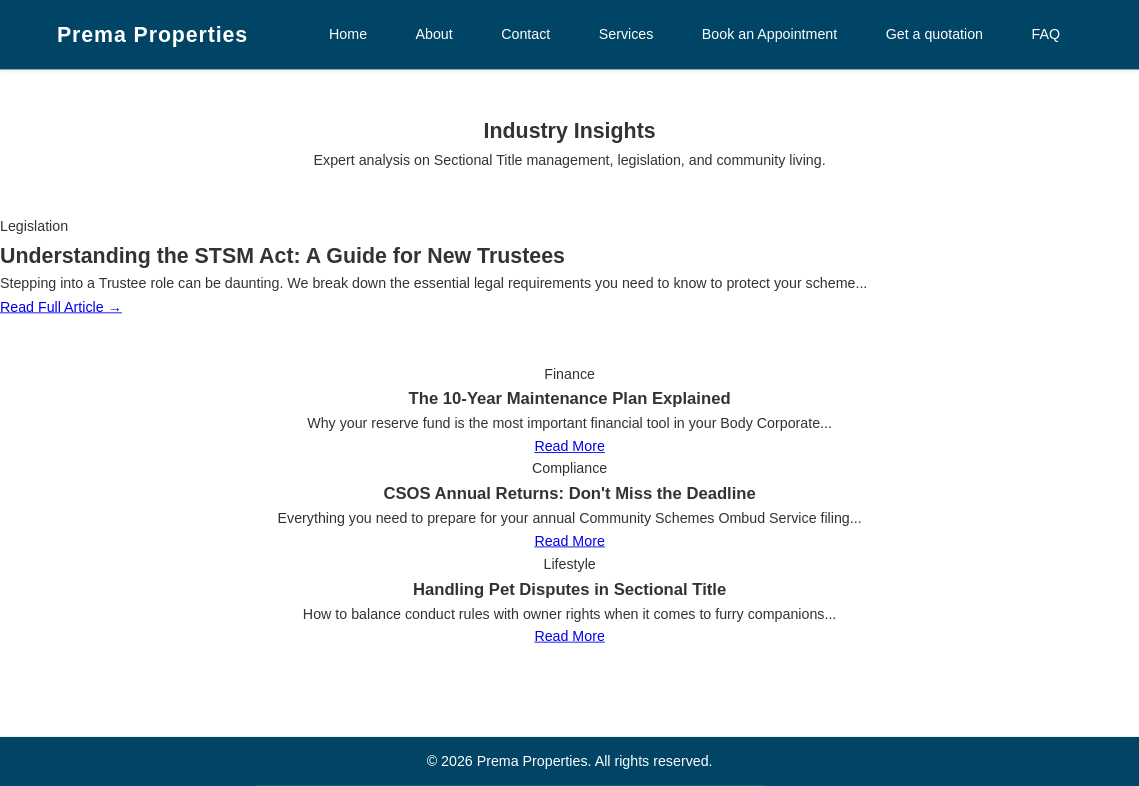
Repository: mnqobiMenzi/Prema-Properties
Page: articles.html
The author's editor kept a copy of each file at every save. The page is drawn from the files as they stood at one save, then again after the next save.
The browser window is 1280 px wide. The pictures show the whole page, at 89% of full size.

Above is the page before, as saved 2026-02-08 10:25:16.

### articles.html
<!DOCTYPE html>
<html lang="en">
<head>
  <meta charset="UTF-8">
  <meta name="viewport" content="width=device-width, initial-scale=1.0">
  <title>Prema Properties</title>
  <link rel="stylesheet" href="CSS/style.css">
</head>
<body>

  <!-- Header / Navigation -->
  <header>
    <div class="logo">Prema Properties</div>
    <nav>
      <a href="index.html">Home</a>
      <a href="about-us.html">About</a>
      <a href="contact-us.html">Contact</a>
      <a href="services.html">Services</a>
      <a href="appointment.html">Book an Appointment</a>
      <a href="quote.html">Get a quotation</a>
      <a href="FAQ.html">FAQ</a>
    </nav>
  </header>

  <main class="container reveal">
    <section class="articles-header">
      <h1>Industry Insights</h1>
      <p>Expert analysis on Sectional Title management, legislation, and community living.</p>
    </section>

    <article class="featured-post">
      <div class="post-content">
        <span class="category-tag">Legislation</span>
        <h2>Understanding the STSM Act: A Guide for New Trustees</h2>
        <p>Stepping into a Trustee role can be daunting. We break down the essential legal requirements you need to know to protect your scheme...</p>
        <a href="article-single.html" class="read-more">Read Full Article →</a>
      </div>
    </article>

    <section class="articles-grid">
      <div class="post-card">
        <span class="category-tag">Finance</span>
        <h3>The 10-Year Maintenance Plan Explained</h3>
        <p>Why your reserve fund is the most important financial tool in your Body Corporate...</p>
        <a href="#">Read More</a>
      </div>

      <div class="post-card">
        <span class="category-tag">Compliance</span>
        <h3>CSOS Annual Returns: Don't Miss the Deadline</h3>
        <p>Everything you need to prepare for your annual Community Schemes Ombud Service filing...</p>
        <a href="#">Read More</a>
      </div>

      <div class="post-card">
        <span class="category-tag">Lifestyle</span>
        <h3>Handling Pet Disputes in Sectional Title</h3>
        <p>How to balance conduct rules with owner rights when it comes to furry companions...</p>
        <a href="#">Read More</a>
      </div>
    </section>
  </main>

  <footer>
    <p>© 2026 Prema Properties. All rights reserved.</p>
  </footer>

</body>
</html>

### CSS/style.css
* {
  margin: 0;
  padding: 0;
  box-sizing: border-box;
  font-family: Arial, sans-serif;
}

.my-custom-icon {
    font-size: 24px;
    color: #0c4a6e;
}
body {
  line-height: 1.6;
  color: #333;
}

/* Header */
header {
  position: sticky;
  top: 0;
  display: flex;
  justify-content: space-between;
  align-items: center;
  padding: 15px 30px;
  background: #004466;
  color: #fff;
  z-index: 1000;
}
header .logo {
  font-size: 1.5em;
  font-weight: 700;
  font-family: 'Poppins', sans-serif;
  color: #fff;
  letter-spacing: 1px;
  display: flex;
  align-items: center;
}
header nav a {
  margin: 0 10px;
  color: #fff;
  padding: 8px 15px;
  border-radius: 5px;
  text-decoration: none;
  font-weight: 500;
  font-family: 'Poppins', sans-serif;
  transition: color 0.3s ease, border-bottom 0.3s ease;
}

header nav a:hover {
  color: #fff;
  background: rgba(128, 128, 128, 0.3);
  padding-bottom: 3px;
}
/* Active link */
header nav a.active {
  background: rgba(128, 128, 128, 0.3);
  font-weight: bold;
  color: rgb(223, 223, 71);
}
/* Hero */
.hero {
  background-image: url('C:/Users/21311/OneDrive/Desktop/Prema Properties/images/Sectional-Title-Disputes.jpg');
  background-repeat: no-repeat;
  background-size: cover;
  height: 120vh;
  width: 100%;
  background-color: #3f607d;
  color: white;
  text-align: center;
  padding: 85mm 20px;
  position: relative;
}
/* Optional: overlay for better text readability */
.hero::before {
  content: "";
  position: absolute;
  top: 0;
  left: 0;
  width: 100%;
  height: 100%;
  background: rgba(0,0,0,0.4); /* dark overlay */
  z-index: 1;
}

.hero h1, .hero p, .hero .btn {
  position: relative;
  z-index: 2; /* ensure text is above overlay */
}

.hero h1 {
  font-size: 2.5em;
}
.hero .btn {
  display: inline-block;
  margin-top: 20px;
  padding: 10px 20px;
  background: rgb(223, 223, 71);
  color: black;
  border-radius: 5px;
  text-decoration: none;
}

/* Custom color for the "Get in Touch" button */
#contact {
    /* Use a contrasting color for the primary CTA */
    /*background: #f7b731; /* A distinct gold/yellow color */
    color: #1a1a1a;      /* Ensure text is dark and readable */
}

/* Custom color for the "Get a Quote" button */
#quote {
    /* Use your brand's dark blue/teal color */
    background: #0c4a6e; /* A deep blue color */
    color: white;        /* White text for contrast */
}

.hero .btn {
  display: inline-block;
  margin-top: 20px;
  padding: 10px 20px;
  background: rgb(223, 223, 71);
  color: black;
  border-radius: 5px;
  text-decoration: none;
}

/* Optional: Custom hover effect for the 'Get a Quote' button */
#quote:hover {
    background:  rgba(128, 128, 128, 0.3); /* Darken the blue slightly on hover */
}
/* Sections */
section {
  padding: 50px 20px;
  text-align: center;
}

.services{
  background-color: rgba(219, 214, 214, 0.3);
}
.services .service-list{
    display: grid;
    justify-content: center;
    grid-template-columns: repeat(auto-fit, minmax(200px, 1fr));
    gap: 20px;
    margin-top: 20px;
}

.service {
  background-color: rgba(128, 128, 128, 0.3);
  padding: 10px 10px;
  border-radius: 10px;
  height: 100%;
  width: 100%;
  text-align: center;
}

.service .service-description{
  text-align: left;
}
/* Target the parent section */
.about {
    display: flex;
    justify-content: space-around;
    align-items: flex-start;
    padding: 40px 60px;
    margin-top: 10px;
}

.about article:first-child {
    width: 25%;
    text-align: left;
}

.about article:last-child {
    width: 65%;
    text-align: left;
}

.about-article h2{
  font-weight: bolder;
  font-size: 2.2rem;
}

section article p{
  padding-bottom: 10mm;
}

section article a{
  text-decoration: none;
  color: #352812;
  font-weight: bolder;
  font-size: 1.8rem;
}

/* Contact */
.contact form {
  display: flex;
  flex-direction: column;
  max-width: 400px;
  margin: auto;
}

.contact input, .contact textarea {
  margin-bottom: 15px;
  padding: 10px;
  border: 1px solid #ddd;
  border-radius: 5px;
}

.contact button {
  padding: 10px;
  border: none;
  background: #004466;
  color: white;
  cursor: pointer;
  border-radius: 5px;
}


.choose-content {
  display: flex;              /* Makes text + image side by side */
  align-items: center;        /* Aligns them vertically */
  justify-content: space-between;
  gap: 20px;                  /* Space between text and image */
}

.choose-text {
  flex: 1;                    /* Take available space */
  max-width: 50%;             /* Text side only half width */
}

.choose-text h3 {
  font-size: 1.5rem;
  margin-bottom: 15px;
  color: #333;
}

.choose-text p {
  line-height: 1.6;
  color: #555;
  text-align
}

.choose-image {
  flex: 1;
  max-width: 50%;             /* Image takes half width */
}

.choose-image img {
  width: 100%;
  height: auto;
  border-radius: 10px;        /* Rounded corners for style */
  box-shadow: 0 4px 10px rgba(0,0,0,0.1); /* Subtle shadow */
}
.contact button:hover {
  background: #00334d;
}



/*About Page*/
/* Color Palette */
:root {
  --primary: #1a365d; /* Professional Navy */
  --secondary: #c05621; /* Earthy accent for trust */
  --light-bg: #f7fafc;
  --text-dark: #2d3748;
}

/* Header/Nav Updates */
header {
  display: flex;
  justify-content: space-between;
  align-items: center;
  padding: 20px 5%;
  /* background: white; */
  box-shadow: 0 2px 5px rgba(0,0,0,0.1);
}

nav a {
  margin-left: 20px;
  text-decoration: none;
  color: var(--text-dark);
  font-weight: 500;
}

nav a.active { color: var(--secondary); border-bottom: 2px solid var(--secondary); }

/* About Page Layout */
.about-container {
  padding: 60px 5%;
  color: var(--text-dark);
}

.about-hero {
  text-align: center;
  padding-bottom: 50px;
}

.about-hero h1 { font-size: 2.5rem; color: var(--primary); }

.lead { font-size: 1.2rem; color: #718096; max-width: 700px; margin: 10px auto; }

/* Values Grid */
.values-grid {
  display: grid;
  grid-template-columns: repeat(auto-fit, minmax(280px, 1fr));
  gap: 30px;
  margin-top: 50px;
}

.value-item {
  background: white;
  padding: 40px;
  border-radius: 12px;
  border-bottom: 4px solid var(--primary);
  box-shadow: 0 10px 15px -3px rgba(0,0,0,0.1);
  text-align: center;
}

.value-item .icon { font-size: 2.5rem; display: block; margin-bottom: 15px; }

.value-item h3 { color: var(--primary); margin-bottom: 10px; }

/* --- Director Section --- */

.director-section {
  padding: 80px 5%;
  background-color: #ffffff; /* Contrast against the light-bg used elsewhere */
}

.director-container {
  display: flex;
  align-items: center;
  justify-content: center;
  gap: 60px;
  max-width: 1100px;
  margin: 0 auto;
}

.director-image {
  flex: 1;
  max-width: 400px;
}

.director-image img {
  width: 100%;
  height: auto;
  border-radius: 8px;
  /* Using your primary color for a sophisticated shadow effect */
  box-shadow: 20px 20px 0px var(--light-bg), 21px 21px 0px var(--primary);
}

.director-info {
  flex: 1.5;
}

.director-info .label {
  color: var(--secondary);
  text-transform: uppercase;
  font-weight: 700;
  font-size: 0.85rem;
  letter-spacing: 1.5px;
  display: block;
  margin-bottom: 10px;
}

.director-info h2 {
  font-size: 2.5rem;
  color: var(--primary);
  margin: 0 0 5px 0;
}

.credentials {
  font-size: 1.1rem;
  color: #4a5568;
  font-weight: 600;
  margin-bottom: 20px;
}

.director-info p {
  margin-bottom: 15px;
  line-height: 1.8;
  color: var(--text-dark);
}

.director-social {
  margin-top: 25px;
}

.linkedin-link {
  display: inline-flex;
  align-items: center;
  color: var(--primary);
  text-decoration: none;
  font-weight: bold;
  transition: color 0.3s ease;
}

.linkedin-link:hover {
  color: var(--secondary);
}

/* --- Responsive Adjustments --- */

@media (max-width: 992px) {
  .director-container {
    flex-direction: column;
    text-align: center;
    gap: 40px;
  }

  .director-image img {
    box-shadow: 15px 15px 0px var(--light-bg); /* Simplified for mobile */
  }

  .linkedin-link {
    justify-content: center;
  }
}

/* Contact Page Layout */
.contact-page {
  padding: 100px 5%;
}

.contact-wrapper {
  display: grid;
  grid-template-columns: 1fr 1.2fr;
  gap: 80px;
  background: var(--white);
  border-radius: 15px;
}

.contact-info h2 {
  font-size: 2.5rem;
  color: var(--primary);
  margin-bottom: 20px;
}

.info-details {
  margin-top: 40px;
}

.info-item {
  margin-bottom: 25px;
}

.info-item strong {
  display: block;
  color: var(--secondary);
  font-size: 0.9rem;
  text-transform: uppercase;
  margin-bottom: 5px;
}

/* Form Styling */
.contact-form-container {
  background: var(--light-bg);
  padding: 40px;
  border-radius: 12px;
  box-shadow: 0 10px 30px rgba(0,0,0,0.05);
}

.form-group {
  margin-bottom: 20px;
}

input, select, textarea {
  width: 100%;
  padding: 15px;
  border: 1px solid #dddddd;
  border-radius: 5px;
  font-family: inherit;
  font-size: 1rem;
  transition: var(--transition);
}

input:focus, select:focus, textarea:focus {
  outline: none;
  border-color: var(--primary);
  box-shadow: 0 0 0 3px rgba(26, 54, 93, 0.1);
}

.submit-btn {
  width: 100%;
  background: var(--primary);
  color: white;
  padding: 15px;
  border: none;
  border-radius: 5px;
  font-weight: 700;
  text-transform: uppercase;
  cursor: pointer;
  transition: var(--transition);
}

.submit-btn:hover {
  background: var(--secondary);
  transform: translateY(-2px);
}

/* Mobile Responsive */
@media (max-width: 992px) {
  .contact-wrapper {
    grid-template-columns: 1fr;
    gap: 50px;
  }
}

/* Services Page Layout */
.services-page {
  padding: 80px 5%;
}

.services-intro {
  text-align: center;
  margin-bottom: 60px;
}

.services-intro h2 {
  font-size: 2.5rem;
  color: var(--primary);
  margin-top: 10px;
}

/* Service Grid */
.service-grid {
  display: grid;
  grid-template-columns: repeat(auto-fit, minmax(280px, 1fr));
  gap: 30px;
}

.service-card {
  background: var(--white);
  padding: 40px;
  border-radius: 12px;
  border: 1px solid #e2e8f0;
  transition: var(--transition);
  display: flex;
  flex-direction: column;
}

.service-card:hover {
  transform: translateY(-10px);
  border-color: var(--secondary);
  box-shadow: 0 20px 25px -5px rgba(0, 0, 0, 0.1);
}

.service-icon {
  font-size: 2.5rem;
  margin-bottom: 20px;
}

.service-card h3 {
  color: var(--primary);
  margin-bottom: 15px;
  font-size: 1.4rem;
}

.service-card p {
  color: #4a5568;
  font-size: 0.95rem;
  margin-bottom: 20px;
  flex-grow: 1;
}

.service-features {
  list-style: none;
  padding: 0;
  border-top: 1px solid #edf2f7;
  padding-top: 15px;
}

.service-features li {
  font-size: 0.85rem;
  color: var(--text-dark);
  margin-bottom: 8px;
  font-weight: 600;
  display: flex;
  align-items: center;
}

.service-features li::before {
  content: "✓";
  color: var(--secondary);
  margin-right: 10px;
  font-weight: bold;
}

/* Appointment Specifics */
.appointment-grid {
  display: grid;
  grid-template-columns: 1fr 1.5fr;
  gap: 60px;
  padding: 80px 0;
}

.appointment-info h2 {
  font-size: 2.8rem;
  color: var(--primary);
  margin-bottom: 20px;
}

.meeting-types {
  margin-top: 30px;
}

.m-type {
  padding: 15px;
  background: var(--light-bg);
  border-left: 4px solid var(--secondary);
  margin-bottom: 15px;
  border-radius: 0 8px 8px 0;
}

.m-type strong {
  display: block;
  color: var(--primary);
}

.m-type span {
  font-size: 0.85rem;
  color: #666;
}

/* Booking Card */
.booking-card {
  background: white;
  padding: 40px;
  border-radius: 15px;
  box-shadow: 0 15px 35px rgba(0,0,0,0.1);
}

.form-row {
  display: flex;
  gap: 20px;
  margin-bottom: 20px;
}

.form-row input {
  flex: 1;
}

label {
  display: block;
  font-weight: 700;
  margin-bottom: 8px;
  font-size: 0.9rem;
  color: var(--primary);
}

/* Responsive */
@media (max-width: 850px) {
  .appointment-grid {
    grid-template-columns: 1fr;
  }
}

/* Quote Page Styles */
.quote-header {
  text-align: center;
  padding: 60px 0 40px;
}

.quote-header h1 {
  color: var(--primary);
  font-size: 2.5rem;
}

.quote-container {
  max-width: 800px;
  margin: 0 auto;
  background: var(--white);
  padding: 40px;
  border-radius: 12px;
  box-shadow: 0 10px 40px rgba(0,0,0,0.05);
  border-top: 6px solid var(--secondary);
}

.form-section {
  margin-bottom: 40px;
}

.form-section h3 {
  color: var(--primary);
  border-bottom: 1px solid #eee;
  padding-bottom: 10px;
  margin-bottom: 20px;
  font-size: 1.2rem;
}

.form-hint {
  font-size: 0.9rem;
  margin-bottom: 15px;
  color: #666;
}

/* Checkbox Grid */
.checkbox-grid {
  display: grid;
  grid-template-columns: 1fr 1fr;
  gap: 15px;
  margin-bottom: 20px;
}

.checkbox-grid label {
  display: flex;
  align-items: center;
  gap: 10px;
  font-weight: normal;
  cursor: pointer;
  background: var(--light-bg);
  padding: 10px;
  border-radius: 5px;
  transition: var(--transition);
}

.checkbox-grid label:hover {
  background: #edf2f7;
}

.checkbox-grid input[type="checkbox"] {
  width: auto;
  margin: 0;
}

/* FAQ Specific Styles */
.faq-header {
  text-align: center;
  padding: 60px 0 40px;
}

.faq-container {
  max-width: 800px;
  margin: 0 auto 100px;
}

.faq-item {
  border-bottom: 1px solid #e2e8f0;
  margin-bottom: 10px;
}

.faq-question {
  width: 100%;
  padding: 20px;
  background: none;
  border: none;
  display: flex;
  justify-content: space-between;
  align-items: center;
  text-align: left;
  font-size: 1.15rem;
  font-weight: 600;
  color: var(--primary);
  cursor: pointer;
  transition: var(--transition);
}

.faq-question:hover {
  color: var(--secondary);
}

.faq-question span {
  font-size: 1.5rem;
  color: var(--secondary);
  transition: transform 0.3s ease;
}

.faq-answer {
  max-height: 0;
  overflow: hidden;
  transition: max-height 0.3s ease-out;
  padding: 0 20px;
}

.faq-answer p {
  padding-bottom: 20px;
  color: #4a5568;
  line-height: 1.8;
}

/* State when active */
.faq-item.active .faq-answer {
  max-height: 300px; /* Adjust based on content length */
}

.faq-item.active .faq-question span {
  transform: rotate(45deg); /* Turns + into x or - */
}

/* Footer */
footer {
  background: var(--primary);
  color: white;
  text-align: center;
  padding: 30px;
  margin-top: 50px;
}

/* Footer */
footer {
  background: #004466;
  color: #fff;
  text-align: center;
  padding: 15px;
}

After the next save:
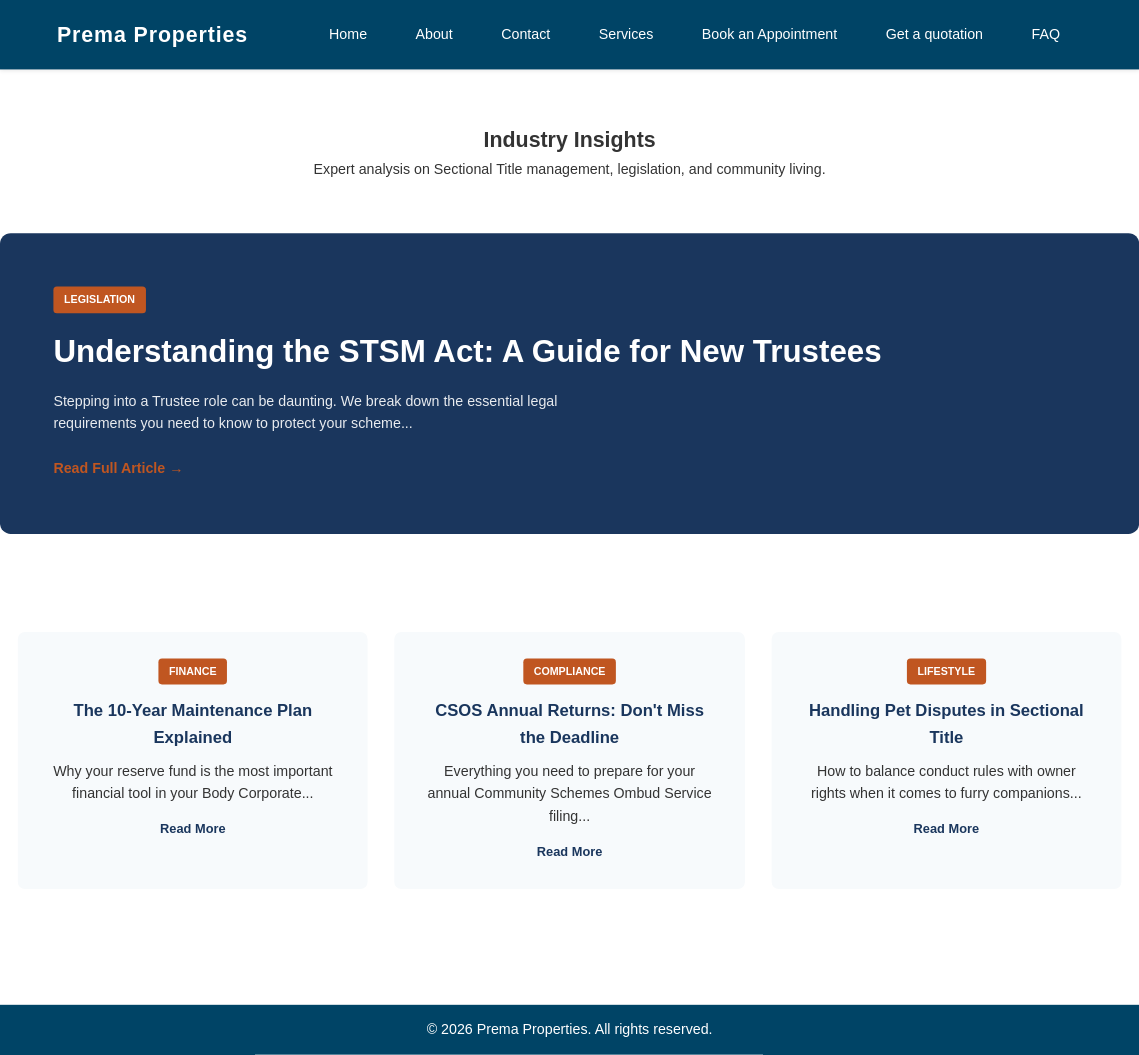
Saved 2 min 53 s later.
--- a/CSS/style.css
+++ b/CSS/style.css
@@ -789,6 +789,87 @@ label {
   transform: rotate(45deg); /* Turns + into x or - */
 }
 
+/* Articles Page Styling */
+.articles-header {
+  padding: 60px 0;
+  text-align: center;
+}
+
+.category-tag {
+  background: var(--secondary);
+  color: white;
+  padding: 5px 12px;
+  font-size: 0.75rem;
+  font-weight: bold;
+  text-transform: uppercase;
+  border-radius: 4px;
+  display: inline-block;
+  margin-bottom: 15px;
+}
+
+/* Featured Post */
+.featured-post {
+  background: var(--primary);
+  color: white;
+  padding: 60px;
+  border-radius: 12px;
+  margin-bottom: 60px;
+  position: relative;
+  overflow: hidden;
+}
+
+.featured-post h2 {
+  font-size: 2.2rem;
+  margin-bottom: 15px;
+}
+
+.featured-post p {
+  max-width: 600px;
+  opacity: 0.9;
+  margin-bottom: 25px;
+}
+
+.read-more {
+  color: var(--secondary);
+  font-weight: bold;
+  text-decoration: none;
+}
+
+/* Grid Styling */
+.articles-grid {
+  display: grid;
+  grid-template-columns: repeat(auto-fit, minmax(300px, 1fr));
+  gap: 30px;
+  margin-bottom: 80px;
+}
+
+.post-card {
+  background: var(--light-bg);
+  padding: 30px;
+  border-radius: 8px;
+  transition: var(--transition);
+}
+
+.post-card:hover {
+  background: white;
+  box-shadow: 0 10px 20px rgba(0,0,0,0.1);
+  transform: translateY(-5px);
+}
+
+.post-card h3 {
+  color: var(--primary);
+  margin-bottom: 10px;
+}
+
+.post-card a {
+  display: inline-block;
+  margin-top: 15px;
+  color: var(--primary);
+  font-weight: bold;
+  text-decoration: none;
+  font-size: 0.9rem;
+}
+
 /* Footer */
 footer {
   background: var(--primary);
